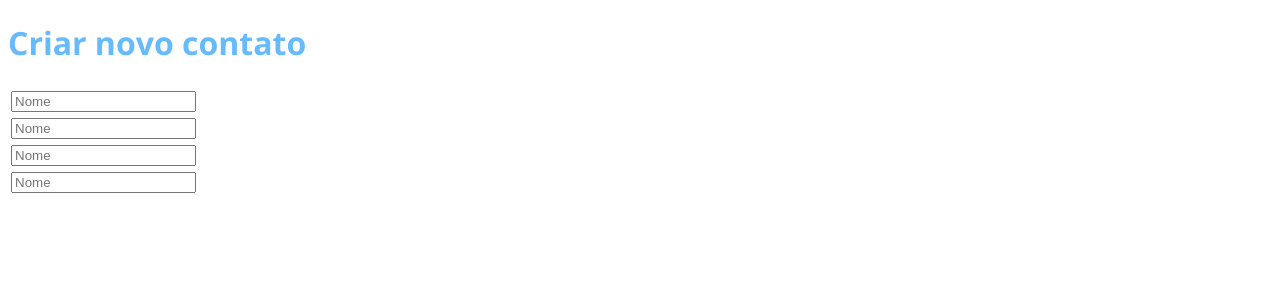
Repository: evanalves/Agenda-JDBC
Page: agenda/src/main/webapp/novo.html
The author's editor kept a copy of each file at every save. The page is drawn from the files as they stood at one save, then again after the next save.
The browser window is 1280 px wide. The pictures show the whole page.

Above is the page before, as saved 2023-08-20 12:16:37.

### agenda/src/main/webapp/novo.html
<!DOCTYPE html>
<html lang="pt-BR">
<head>
<meta charset="UTF-8">
<title>Agenda de Contatos</title>
<link rel="icon" href="imagens/favicon.png">
<link rel="styleSheet" href="style.css">
</head>
<body>
	<h1>Criar novo contato</h1>
	<form name="frmContato" action="">
		<table>
			<tr>
				<td><input type="text" name="nome" placeholder="Nome"></td>
			</tr>
			<tr>
			<td><input type="text" name="nome" placeholder="Nome"></td>
			</tr>
			<td><input type="text" name="nome" placeholder="Nome"></td>
			<tr>
			<td><input type="text" name="nome" placeholder="Nome"></td>
			</tr>
		</table>
	</form>

</body>
</html>

### agenda/src/main/webapp/style.css
@charset "UTF-8";
@import url('https://fonts.googleapis.com/css2?family=Open+Sans:wght@400;700&display=swap');

body{
	font-family: 'Open Sans', sans-serif;
	font-size: 1em;
	font-weight: 400;

}

h1{
	color: #66bbff;
}


.botao1{
	text-decoration: none;
	background-color: #66bbff;
	padding: 5px 10px 5px 10px;
	color: #fff;
	font-size: 1.2em;
	font-weight: 700;
	border-radius: 5px;
}

After the next save:
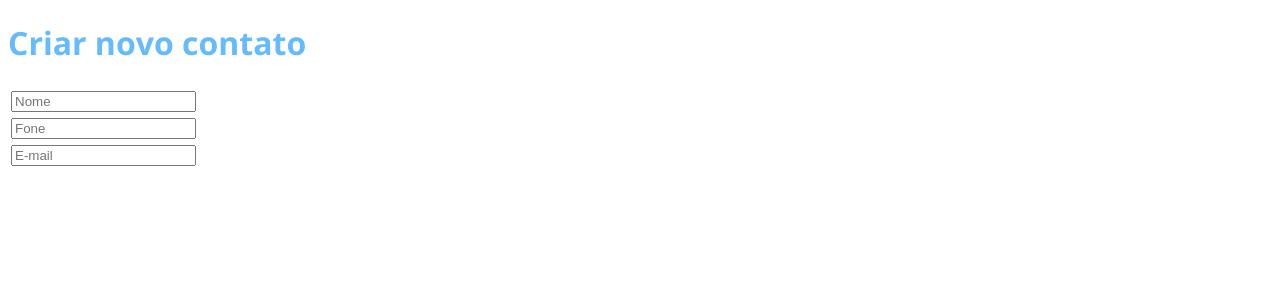
Saved 93 s later.
--- a/agenda/src/main/webapp/novo.html
+++ b/agenda/src/main/webapp/novo.html
@@ -14,12 +14,12 @@
 				<td><input type="text" name="nome" placeholder="Nome"></td>
 			</tr>
 			<tr>
-			<td><input type="text" name="nome" placeholder="Nome"></td>
+			<td><input type="text" name="fone" placeholder="Fone"></td>
 			</tr>
-			<td><input type="text" name="nome" placeholder="Nome"></td>
 			<tr>
-			<td><input type="text" name="nome" placeholder="Nome"></td>
+			<td><input type="text" name="email" placeholder="E-mail"></td>
 			</tr>
+
 		</table>
 	</form>
 
